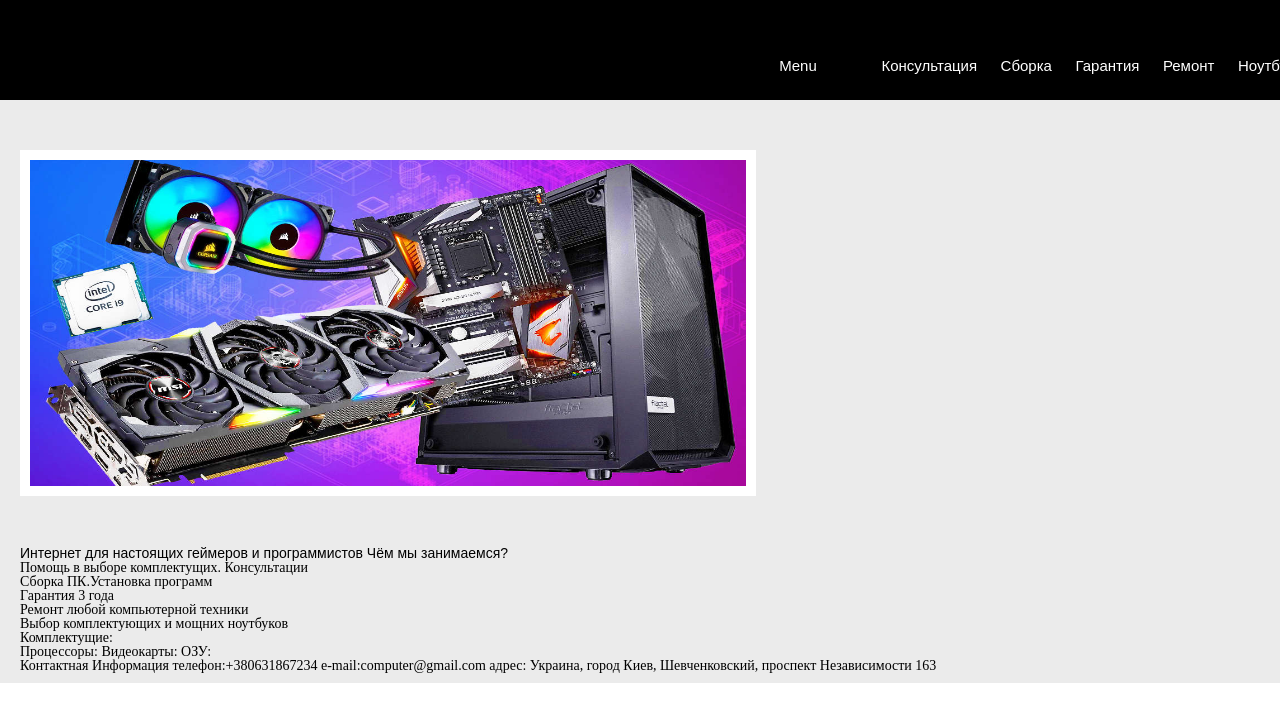
Repository: Bohdan-Sandovenko/First-Project-Flex
Page: index.html
The author's editor kept a copy of each file at every save. The page is drawn from the files as they stood at one save, then again after the next save.
The browser window is 1280 px wide. The pictures show the whole page.
The style sheet was rebuilt from its Sass, Less or Tailwind sources for each picture, by a compiler version that may differ from the author's.

Above is the page before, as saved 2024-07-26 23:11:24.

After the next save:
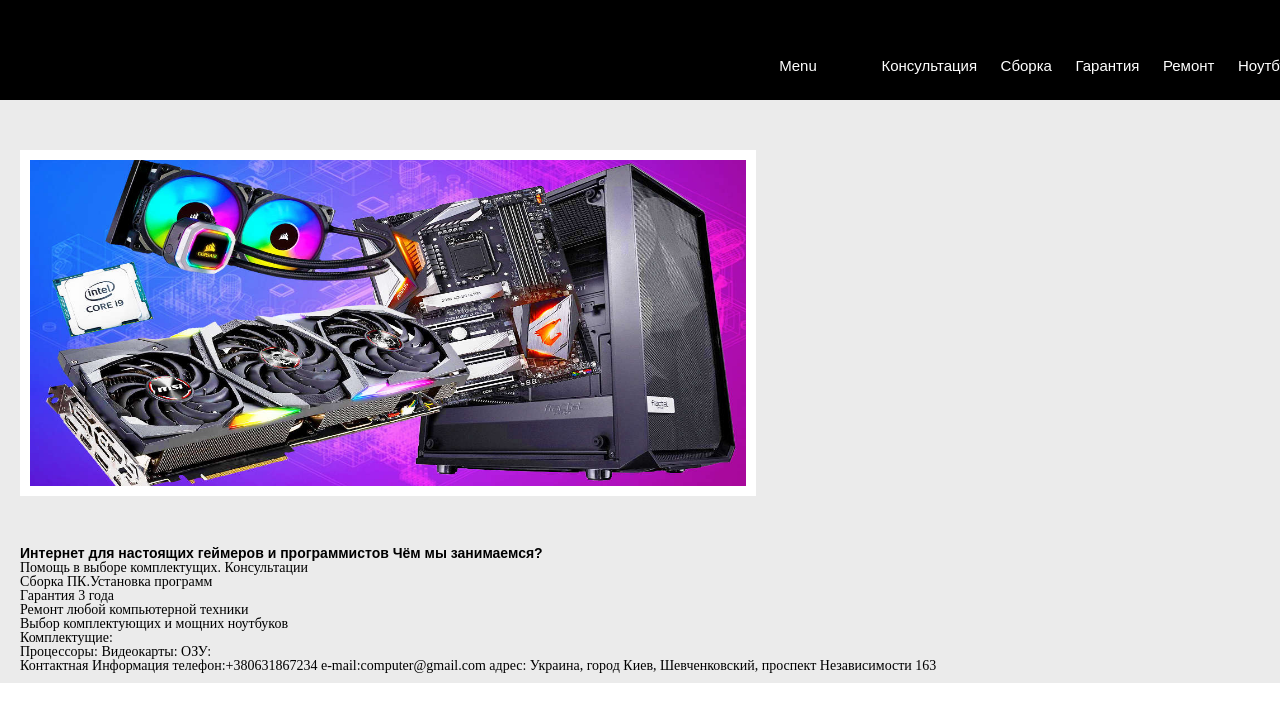
Saved 97 s later.
--- a/css/style.scss
+++ b/css/style.scss
@@ -5,6 +5,7 @@
 $color-grey: rgb(196, 199, 199);
 $color-content: rgb(235, 235, 235);
 $font-family-top: Arial, Helvetica, sans-serif;
+$font-weight-header: 400;
 
 
 .top-of-site {
@@ -27,7 +28,7 @@
             background-color: $color-black;
             color: $color-white;
             font-family: $font-family-top;
-            font-weight: 400;
+            font-weight: $font-weight-header;
             font-size: 15px;
 
             &:hover {
@@ -70,6 +71,7 @@
 
         .content-top-text-inside {
             font-family: $font-family-top;
+            font-weight: 700;
         }
     }
 }
